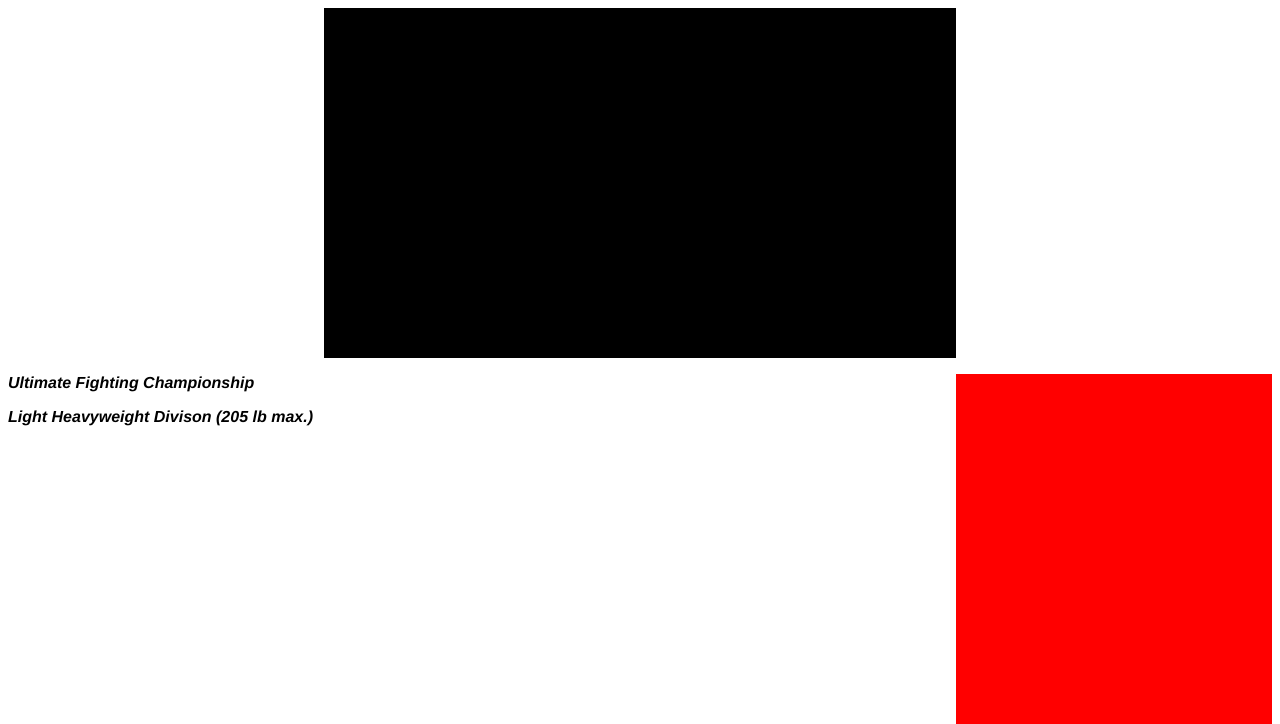
Repository: robvollmar/LHWDivision
Page: index.html
The author's editor kept a record of every edit. The page is drawn from the files as they stood at one moment, then again after the next edit.
The browser window is 1280 px wide. The pictures show the whole page.

Above is the page before.

After the next edit:
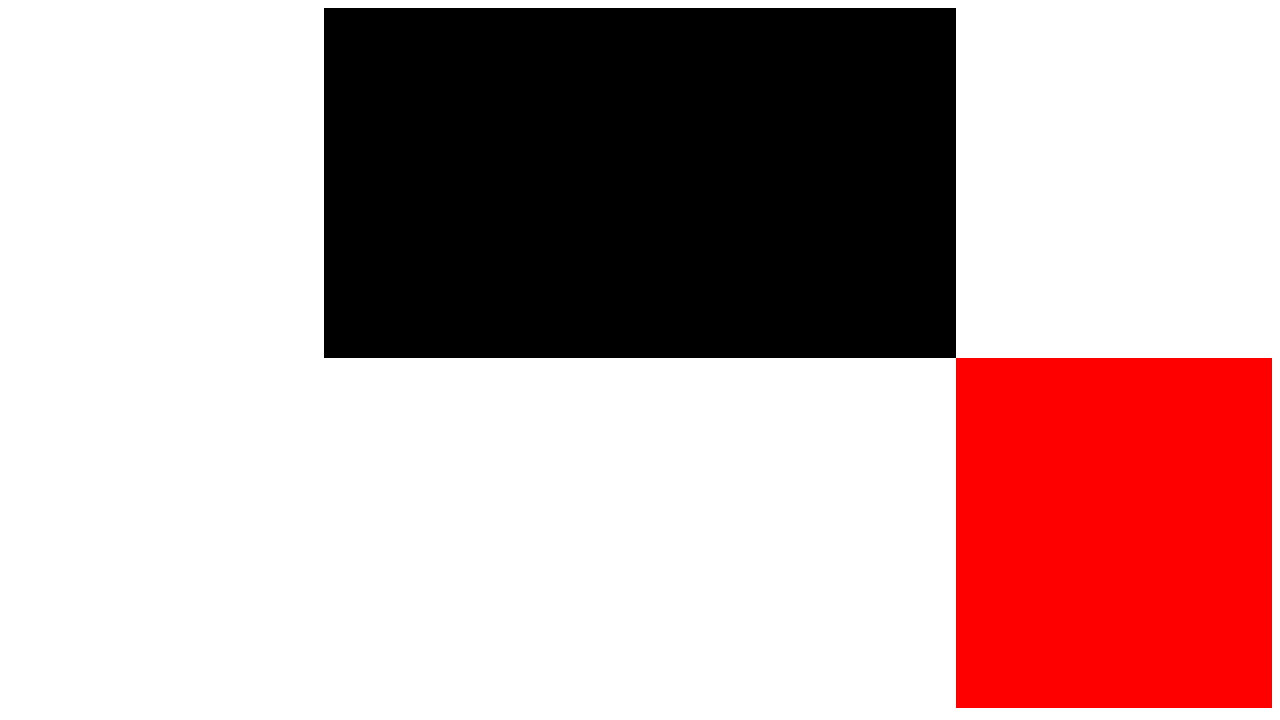
The edit:
--- a/index.html
+++ b/index.html
@@ -15,12 +15,6 @@
 
     </div>
 
-        <span class="toptext">
-            <p><strong><em>Ultimate Fighting Championship</em></strong>
-            </p>
-            <p><strong><em>Light Heavyweight Divison (205 lb max.)</em></strong>
-            </p>
-        </span>
-        </div>
+
 </body>
 </html>
